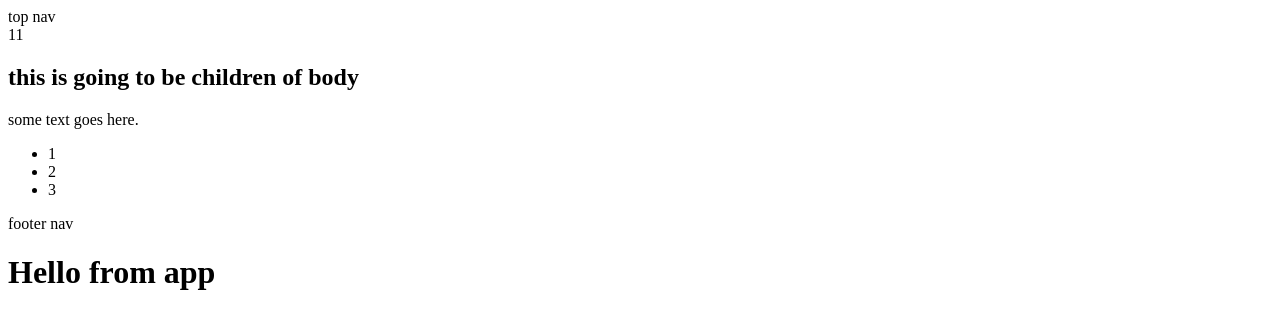
Repository: 1sanjeetsharma/cult-fit-clone
Page: /
An editor plug-in stored every save of this project. The page is shown before and after the next save, followed by the edit.
The browser window is 1280 px wide. The pictures show the whole page.
The project was rebuilt for these pictures with package versions that can differ from the ones it lists, and the page was loaded fresh each time. Also part of the build but not shown: vite.config.js, src/components/body/footer/Footer.jsx.

Above is the page before, as saved 2023-07-01 21:41:26.

After the next save:
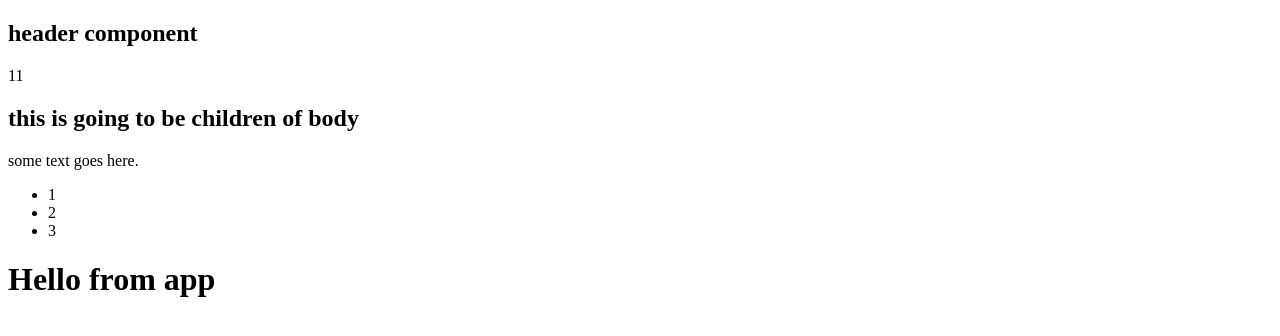
Saved 22 s later.
--- a/src/components/body/body.jsx
+++ b/src/components/body/body.jsx
@@ -3,11 +3,10 @@ import Footer from "./footer/Footer";
 const Body = (props) => {
   return (
     <>
-      <nav>top nav</nav>
+      <Header />
       {/* <h1>body component</h1> */}
       {props.roll}
       {props.children}
-      <nav>footer nav</nav>
     </>
   );
 };
